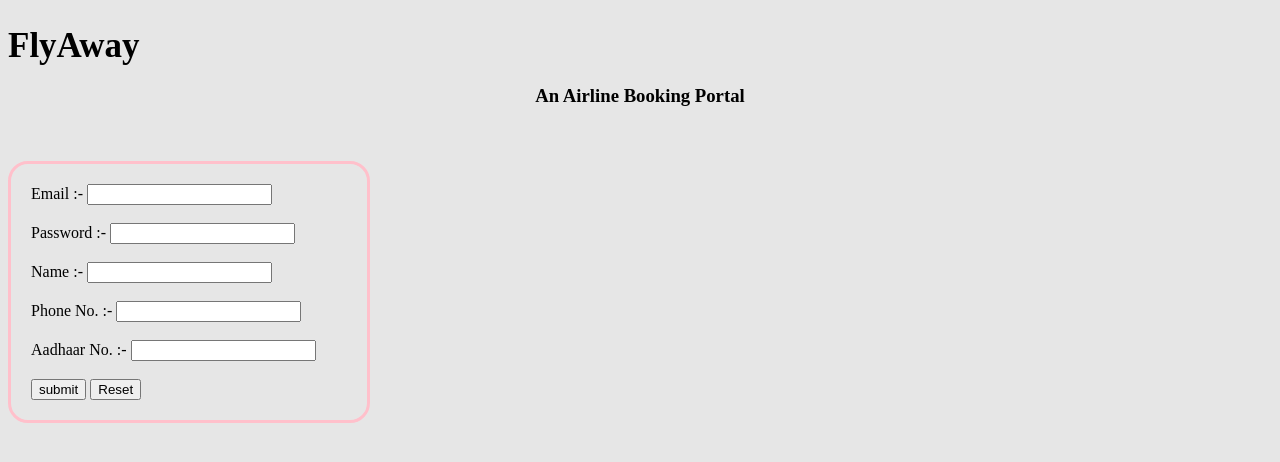
Repository: badrilogaram/Phase-two-project
Page: http://localhost/FlyAway-master/UserRegistration.jsp
The author's editor kept a copy of each file at every save. The page is drawn from the files as they stood at one save, then again after the next save.
The browser window is 1280 px wide. The pictures show the whole page.
The page is served by Tomcat 9.

Above is the page before, as saved 2021-05-27 23:19:32.

After the next save:
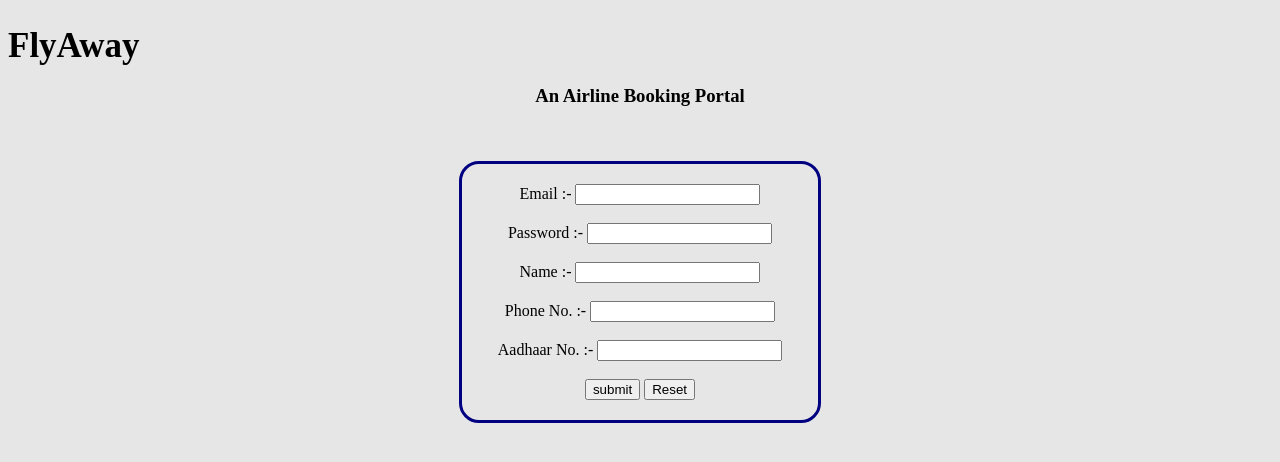
Saved 15 s later.
--- a/FlyAway-master/src/main/webapp/UserRegistration.jsp
+++ b/FlyAway-master/src/main/webapp/UserRegistration.jsp
@@ -12,7 +12,8 @@
 <h3><center>An Airline Booking Portal</center></h3>
 <br><br>
 
-<div style="border:3px solid pink;width:25%;border-radius:20px;padding:20px">
+<center>
+<div style="border:3px solid Navy;width:25%;border-radius:20px;padding:20px">
 <form action=UserRegistration method=post>
 	<label for=email>Email :-</label> <input type="email" name=email id=email /><br><br>
 	<label for=pass>Password :-</label> <input type="password" name=password id=pass /><br><br>
@@ -22,5 +23,7 @@
 	<input type=submit value=submit /> <input type=reset />
 </form>
 </div>
+</center>
+
 </body>
 </html>
